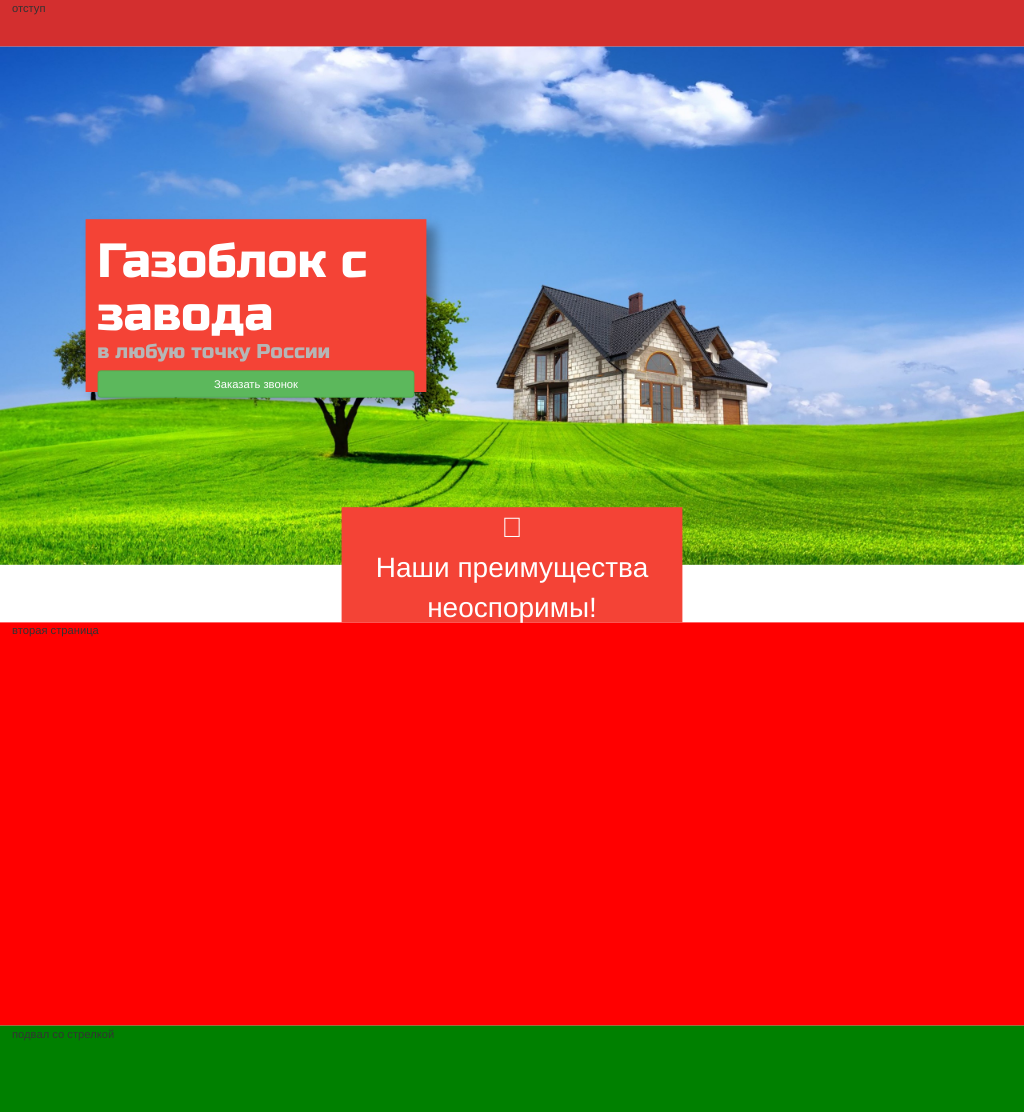
Repository: greenwtch/block
Page: index.html
The author's editor kept a record of every edit. The page is drawn from the files as they stood at one moment, then again after the next edit.
The browser window is 1280 px wide. The pictures show the whole page, at 80% of full size.
Some web libraries are served in a nearby version.

Above is the page before.

After the next edit:
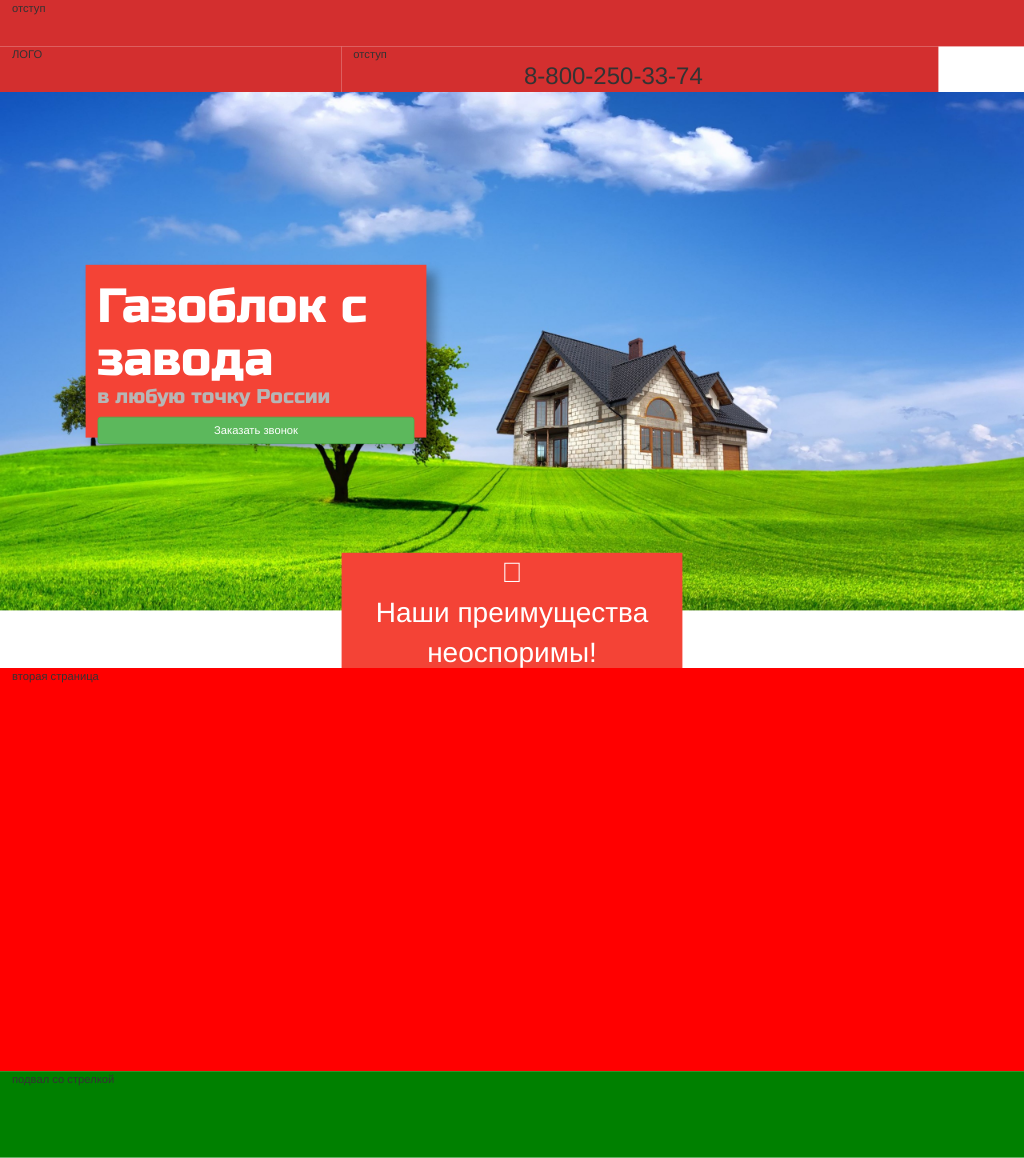
The edit:
--- a/index.html
+++ b/index.html
@@ -27,7 +27,15 @@
             <div class="col-lg-12 header">
                    отступ
             </div>
-
+             <div class="col-lg-4 header">
+                   ЛОГО
+            </div>
+            <div class="col-lg-2 header">
+                   отступ
+            </div>
+            <div class="col-lg-5  header">
+                <h2>8-800-250-33-74</h2>
+            </div>
         </div>
 
     </div>

After the edit that followed:
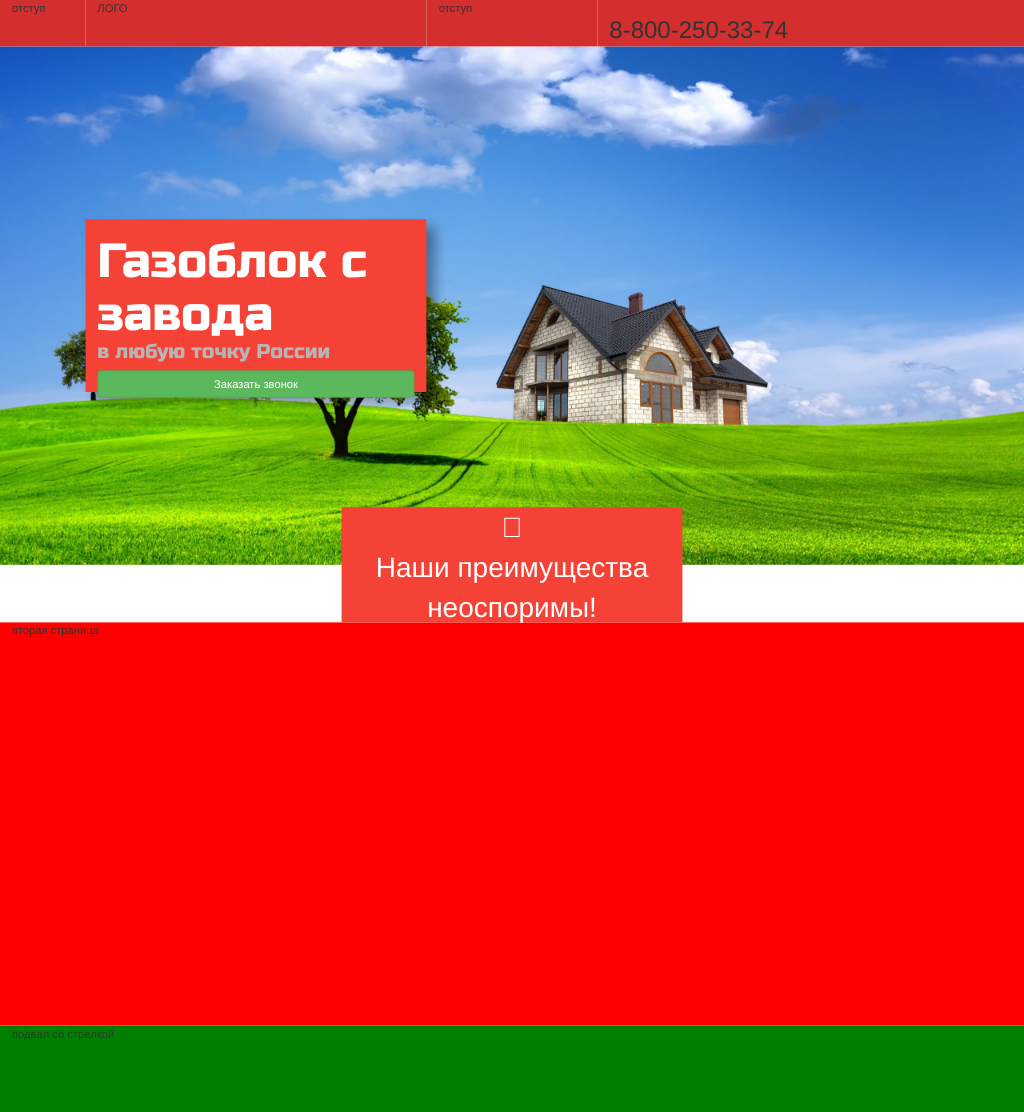
The edit:
--- a/index.html
+++ b/index.html
@@ -24,7 +24,7 @@
 
     <div class="container-fluid">
         <div class="row " >
-            <div class="col-lg-12 header">
+            <div class="col-lg-1 header">
                    отступ
             </div>
              <div class="col-lg-4 header">
